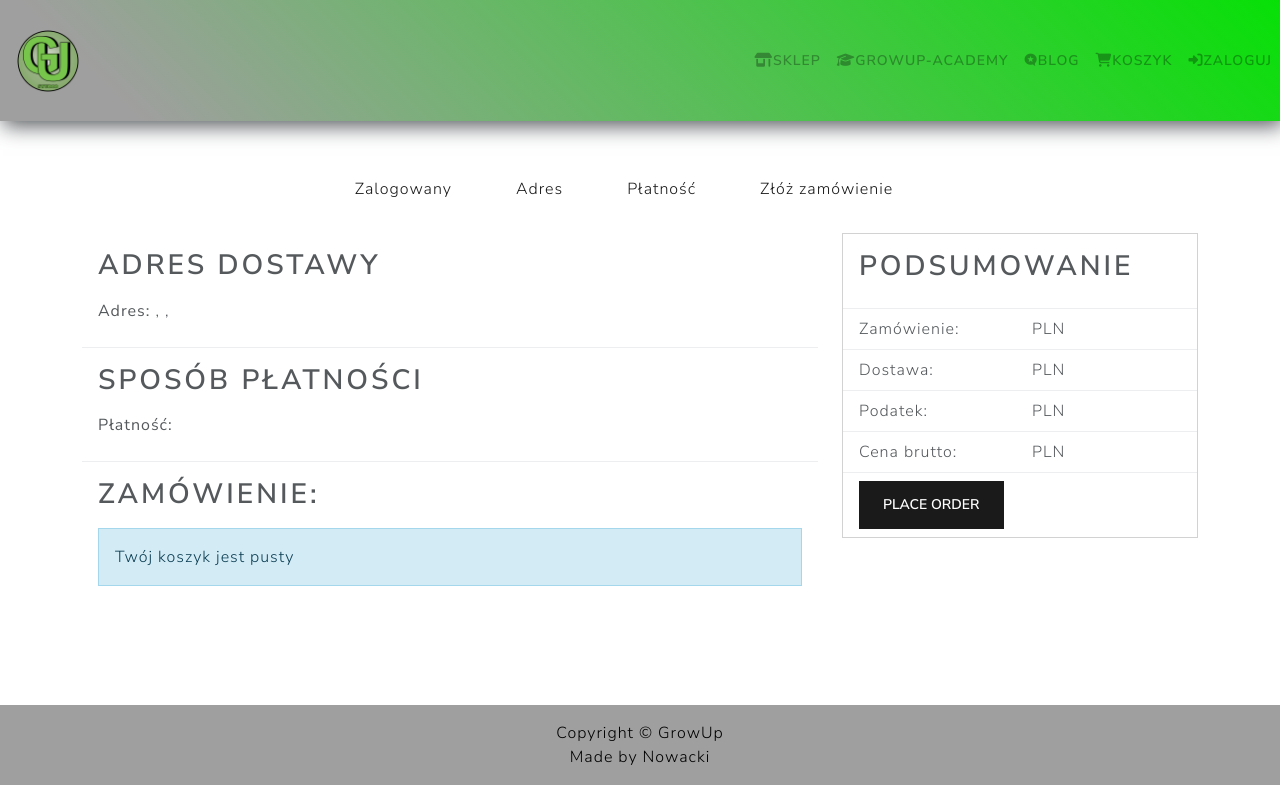
Repository: Nowacki97PL/GrowUpFullStack
Page: /placeorder (app in grow-up-fe/)
An editor plug-in stored every save of this project. The page is shown before and after a run of saves, followed by the edit.
The browser window is 1280 px wide. The pictures show the whole page.
The project was rebuilt for these pictures with package versions that can differ from the ones it lists, and the page was loaded fresh each time. Also part of the build but not shown: grow-up-fe/src/components/Rating.js, grow-up-fe/src/components/Product.js, grow-up-fe/src/components/Loader.js, grow-up-fe/src/actions/productActions.js, grow-up-fe/src/screens/ShopScreen.js, grow-up-fe/src/screens/ProductScreen.js, grow-up-fe/src/screens/HomeScreen.js, grow-up-fe/src/actions/cartActions.js and 7 more.

Above is the page before, as saved 2024-02-24 18:01:50.

After the next 2 saves:
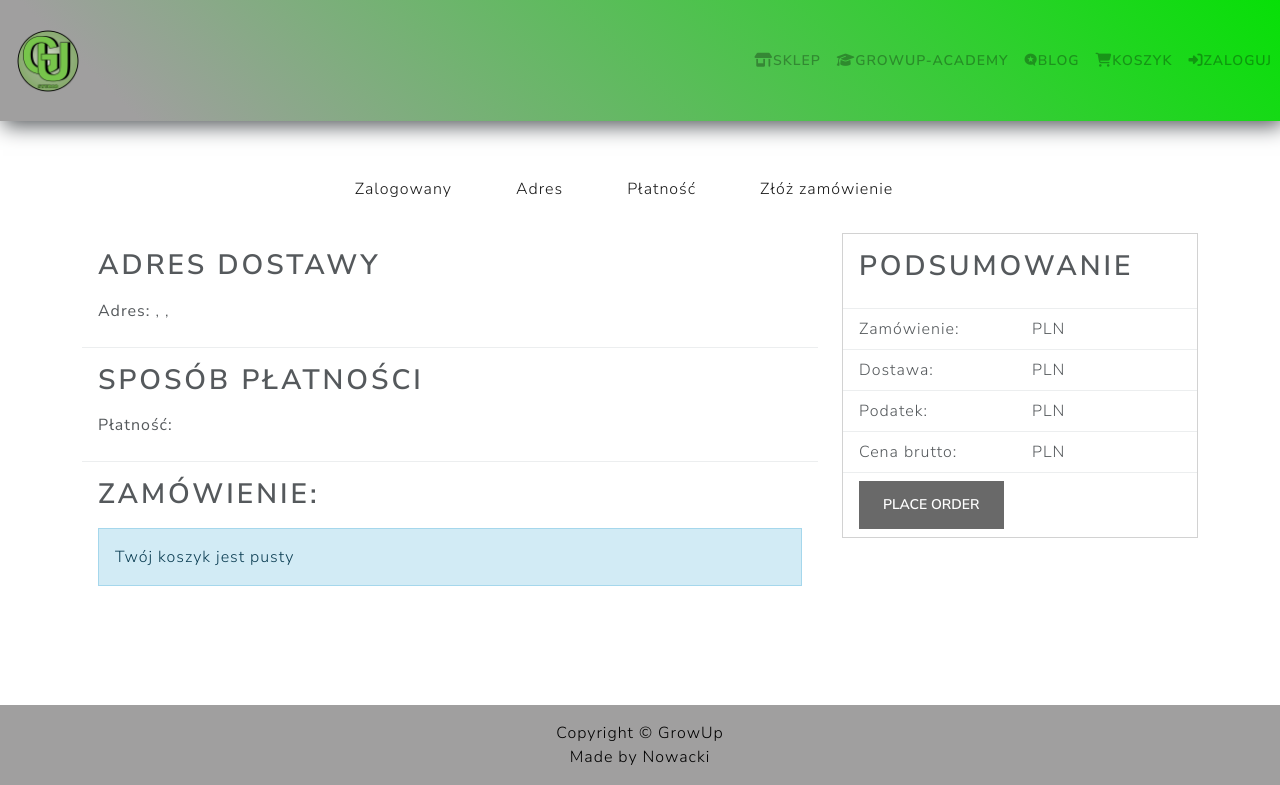
The 2 saves are shown as one change because they came seconds apart.
The last was saved 10 s later.
--- a/grow-up-fe/src/screens/PlaceOrderScreen.js
+++ b/grow-up-fe/src/screens/PlaceOrderScreen.js
@@ -100,6 +100,7 @@
                                 <Button
                                     type="Button"
                                     className="btn-block"
+                                    disabled
                                 >
                                     Place Order
                                 </Button>
